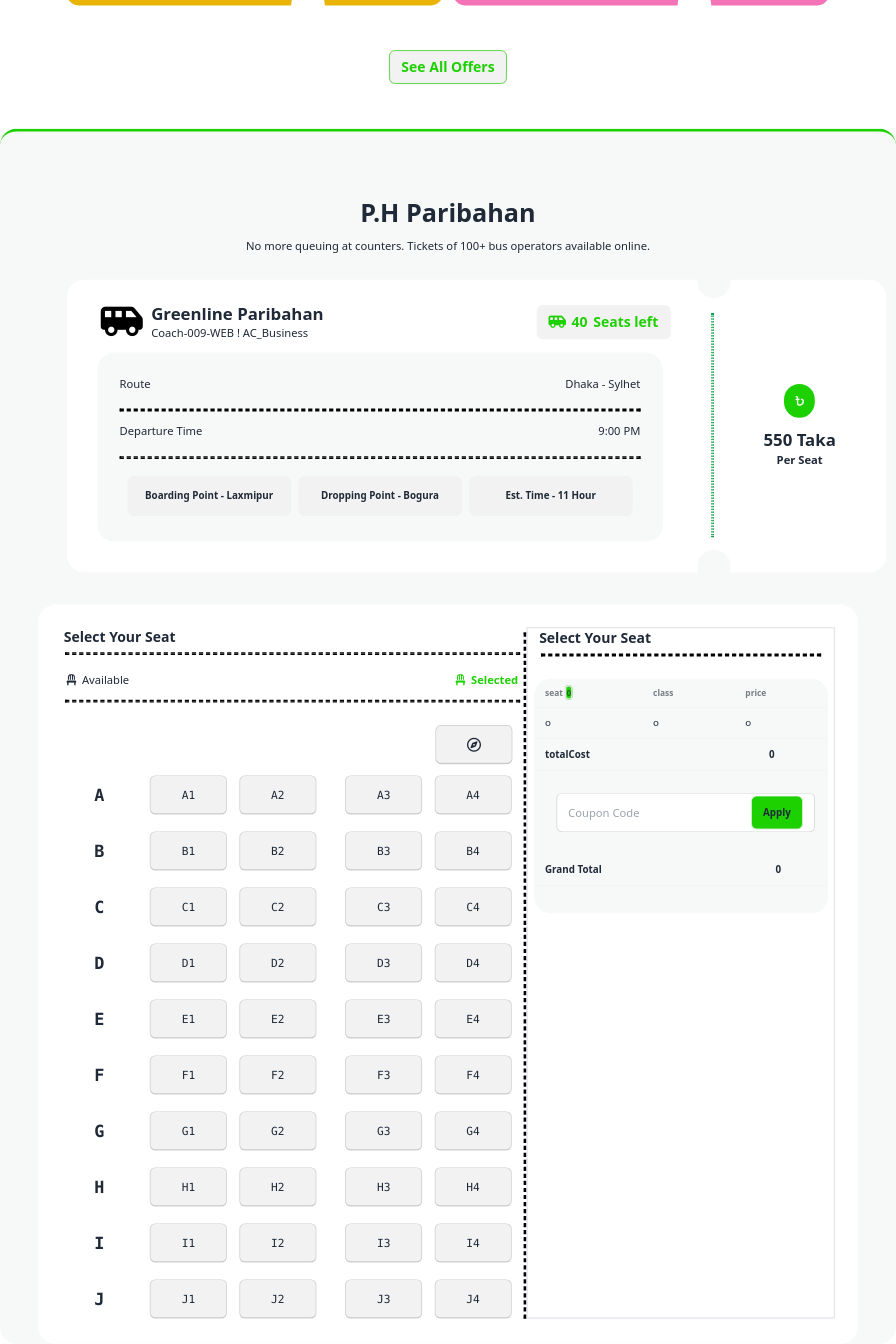
Repository: RudrasahaDibos/Smart-ticketing
Page: index.html
An editor plug-in stored every save of this project. The page is shown before and after the next save, followed by the edit.
The browser window is 1280 px wide. The pictures show the part of the page from y = 1134 to 3054 px (the page is 3054 px tall), at 70% of full size.
Some web fonts or font styles are not loaded; a fallback is used. Some web libraries are served in a nearby version.

Above is the page before, as saved 2024-11-10 16:09:56.

After the next save:
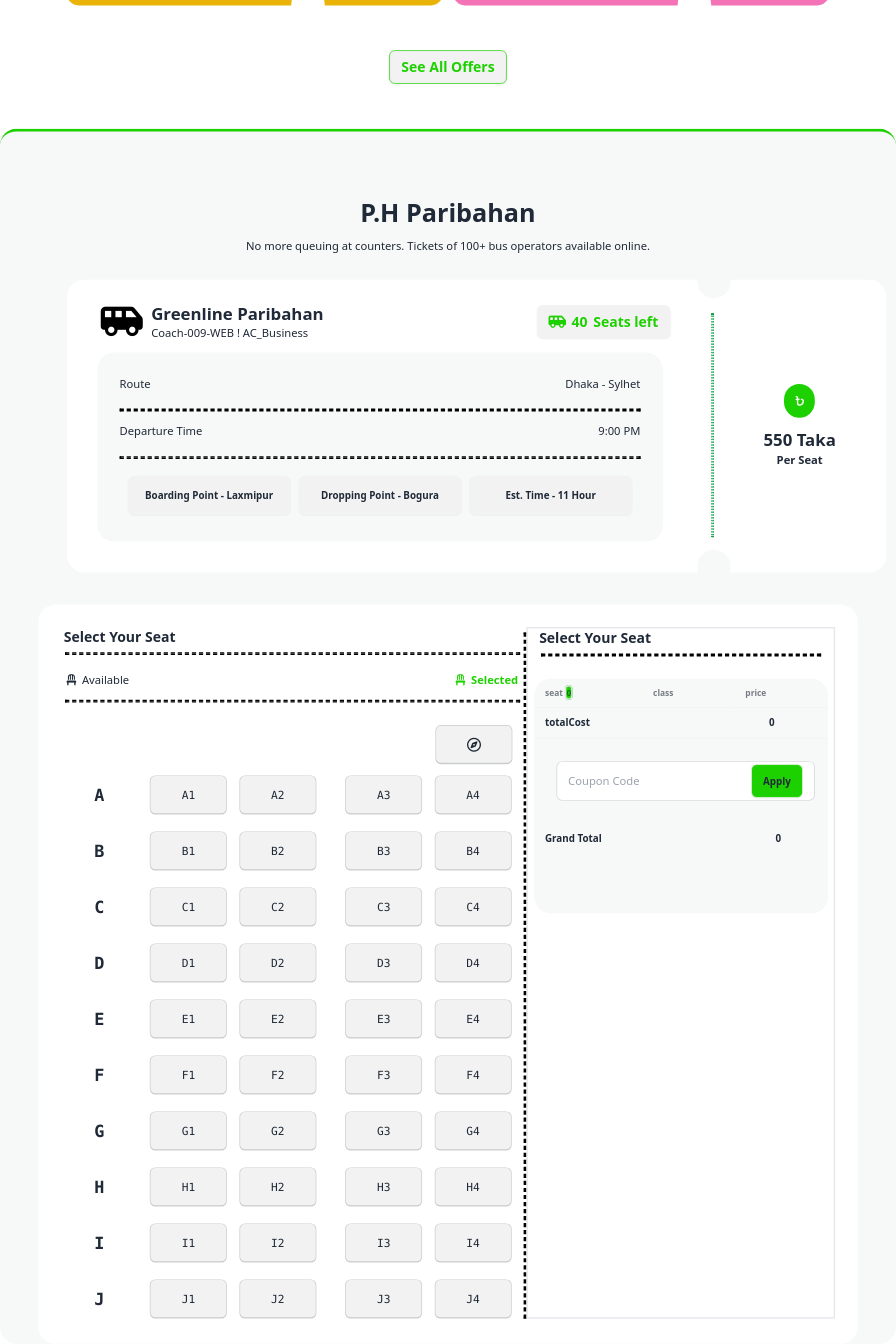
Saved 35 s later.
--- a/index.html
+++ b/index.html
@@ -447,16 +447,7 @@
                           <th>price</th>
                         </tr>
                       </thead>
-                      <tbody>
-                        <!-- row 1 -->
-                        <tr>
-
-                          <td>o</td>
-                          <td>o</td>
-                          <td>o</td>
-                        </tr>
-
-                      </tbody>
+
 
 
 

After the 3 saves that followed:
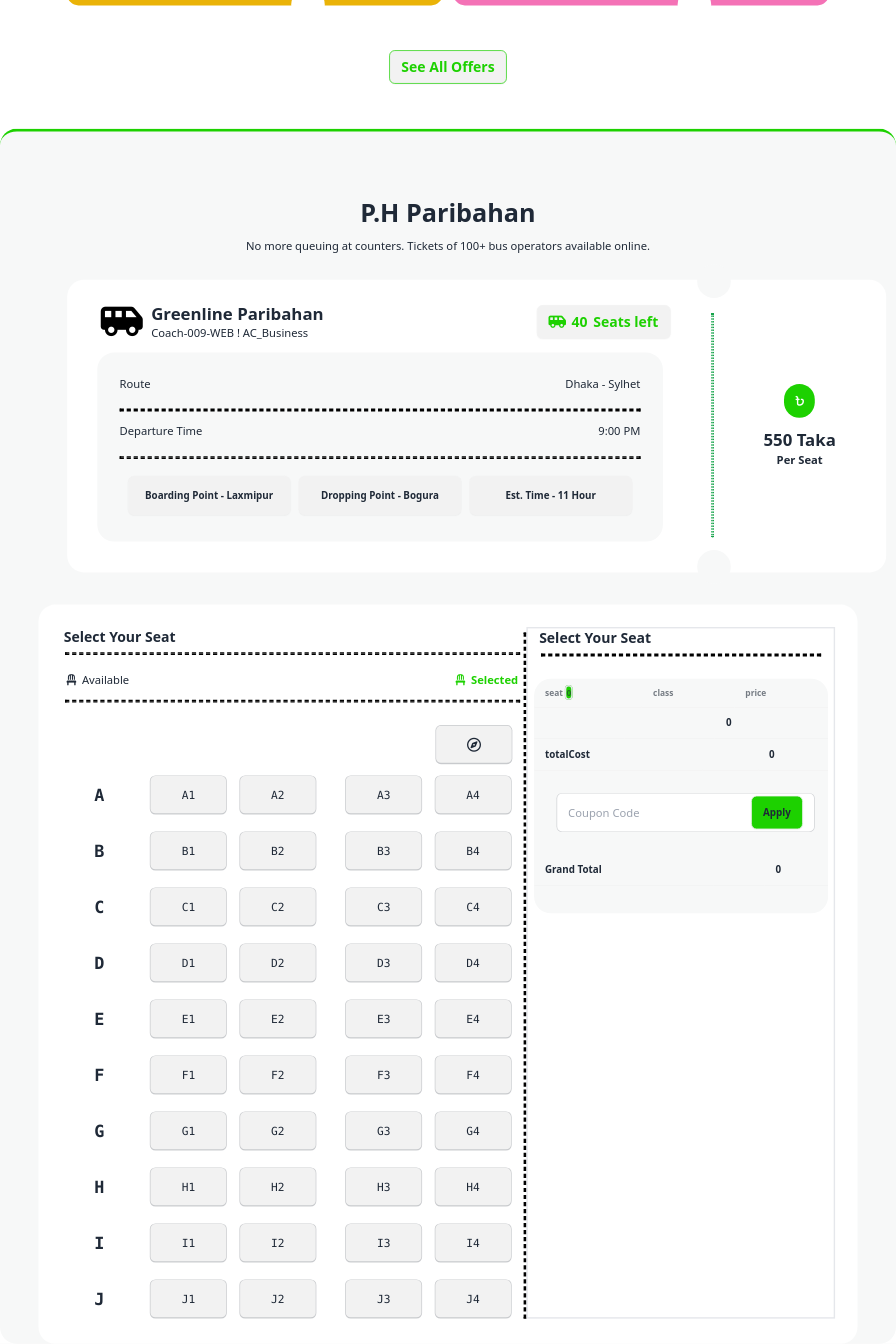
The 3 saves are shown as one change because they came seconds apart.
The last was saved 16 s later.
--- a/index.html
+++ b/index.html
@@ -448,10 +448,16 @@
                         </tr>
                       </thead>
 
-
-
-
                     </table>
+
+                    <table class="table">
+                      <tr>
+
+                        <th></th>
+                        <th></th>
+                        <th>0</th>
+                      </tr>
+                     </table>
                    <table class="table">
                     <tr>
 
